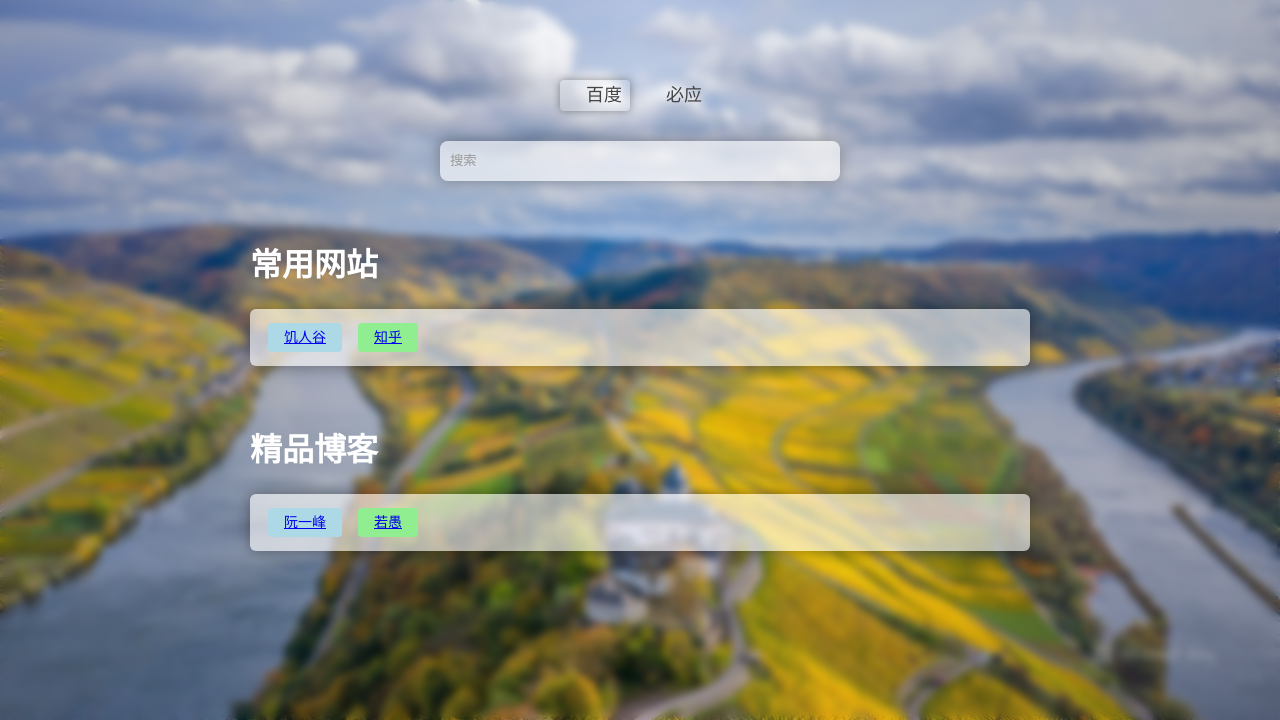
Repository: zkhiscool/PersonPage
Page: index.html
An editor plug-in stored every save of this project. The page is shown before and after the next save, followed by the edit.
The browser window is 1280 px wide. The pictures show the whole page.

Above is the page before, as saved 2023-07-21 12:29:34.

After the next save:
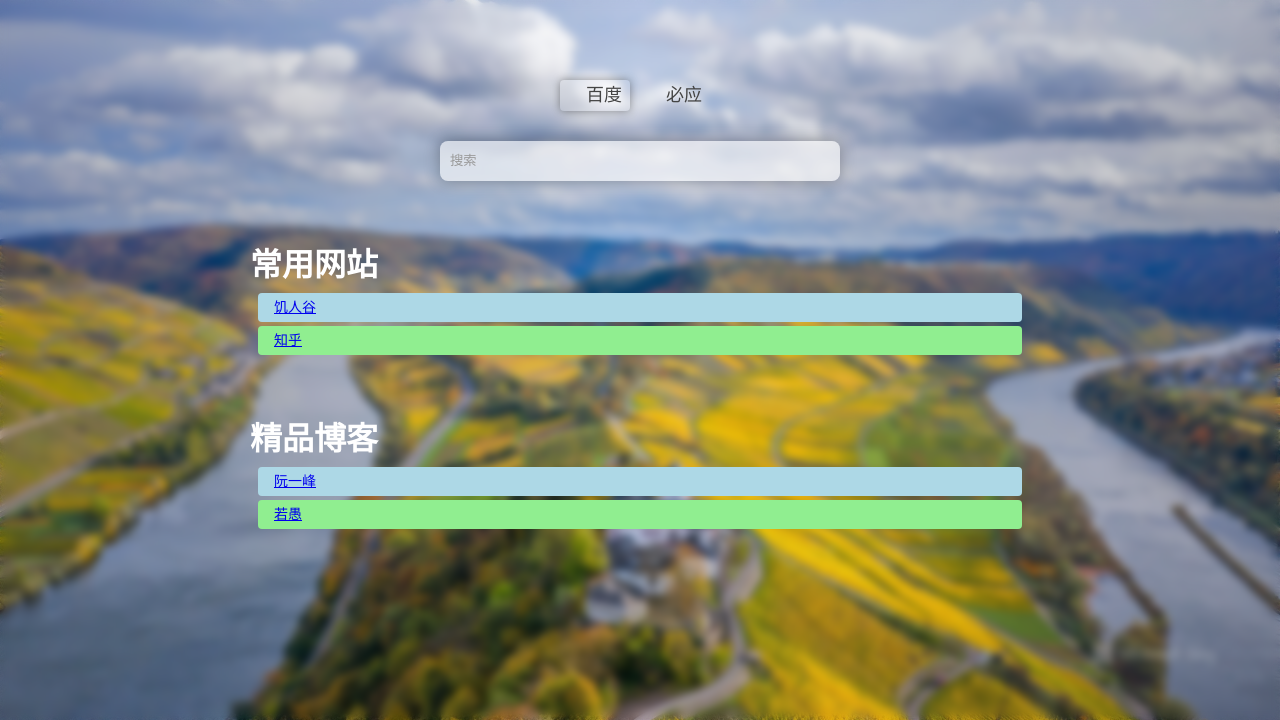
Saved 41 s later.
--- a/css/style.css
+++ b/css/style.css
@@ -141,7 +141,7 @@
     font-size: 32px;
 }
 
-#websites .panel {
+.icon-delete #websites .panel {
     display: flex;
     flex-wrap: wrap;
     background-color: rgba(255, 255, 255, 0.6);

After the save that followed:
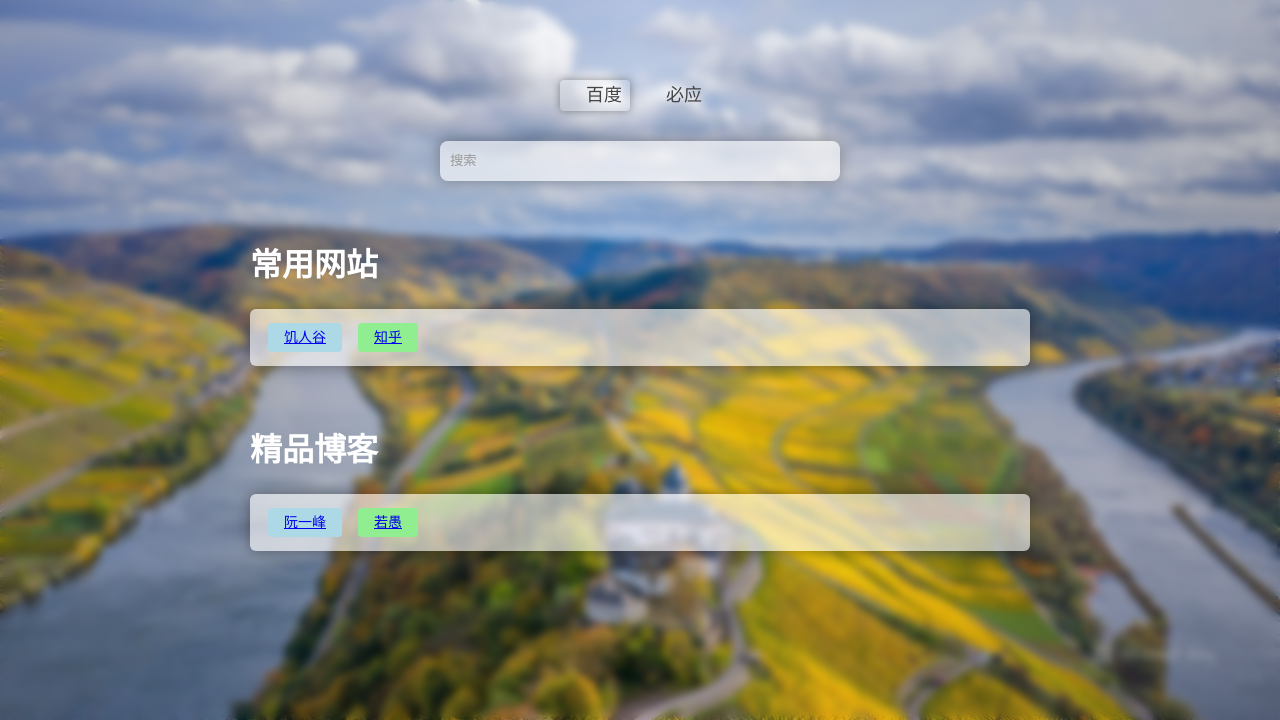
Saved 24 s later.
--- a/css/style.css
+++ b/css/style.css
@@ -141,7 +141,9 @@
     font-size: 32px;
 }
 
-.icon-delete #websites .panel {
+#websites .list h2 .icon-delete {}
+
+#websites .panel {
     display: flex;
     flex-wrap: wrap;
     background-color: rgba(255, 255, 255, 0.6);
